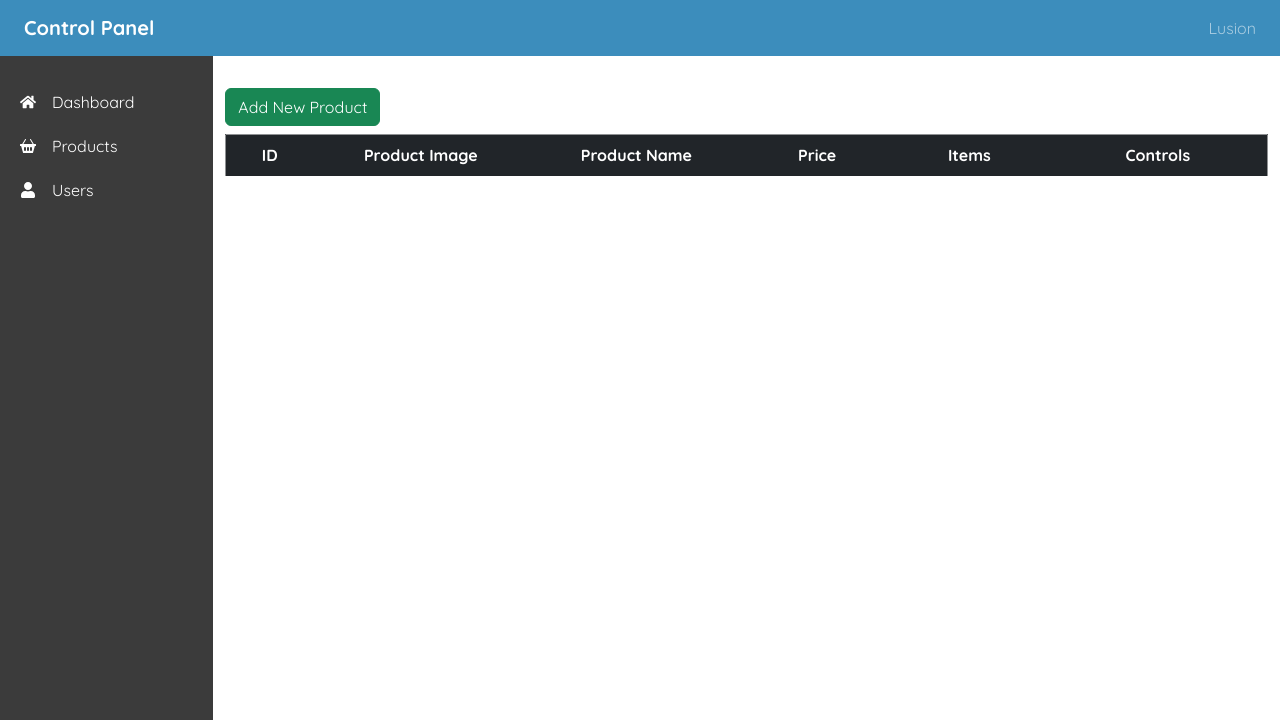
Repository: AWNY-ABOUGHALY/lusion-e-commerce-react
Page: /admin/products
The author's editor kept a copy of each file at every save. The page is drawn from the files as they stood at one save, then again after the next save.
The browser window is 1280 px wide. The pictures show the whole page.
Pictures or frames that could not be fetched are drawn as grey boxes. The page's requests for data from a server got no answer. The project was rebuilt for these pictures with package versions that can differ from the ones it lists, and the page was loaded fresh each time. Some packages were replaced by stand-ins written for this rebuild. No one was signed in, and anything a server would have sent is missing. Requests to the local data server were answered from the project's data file. Also part of the build but not shown: src/Components/ClientSide/Homeslider.js, src/Components/ClientSide/Homecategory.js, src/Components/ClientSide/Shopnowbtn.js, src/Components/ClientSide/Homeshop.js, src/Components/ClientSide/Homerestfirst.js, src/Components/ClientSide/Homerestlast.js, src/Styles/Home.css, src/Components/ClientSide/ClientNavbar.js and 22 more.

Above is the page before, as saved 2023-02-28 15:37:27.

After the next save:
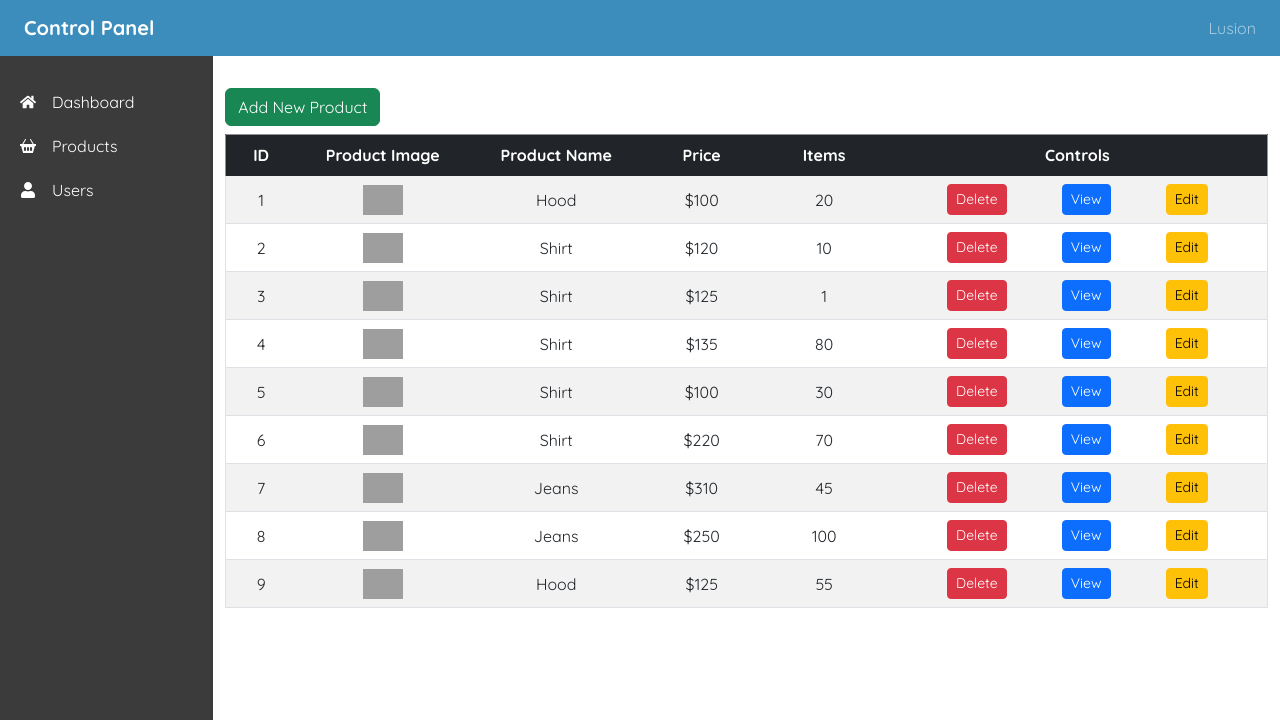
Saved 73 s later.
--- a/src/App.js
+++ b/src/App.js
@@ -23,7 +23,7 @@
 function App() {
   const [cart, setCart] = useState([]);
   const [activeUser, setActiveUser] =  useState({});
-  const [base_URL] = useState("https://my-json-server.typicode.com/AWNY-ABOUGHALY/json")
+  const [base_URL] = useState("http://localhost:9000/")
 
   useEffect(()=>{
     // For Refresh Status

After the 2 saves that followed:
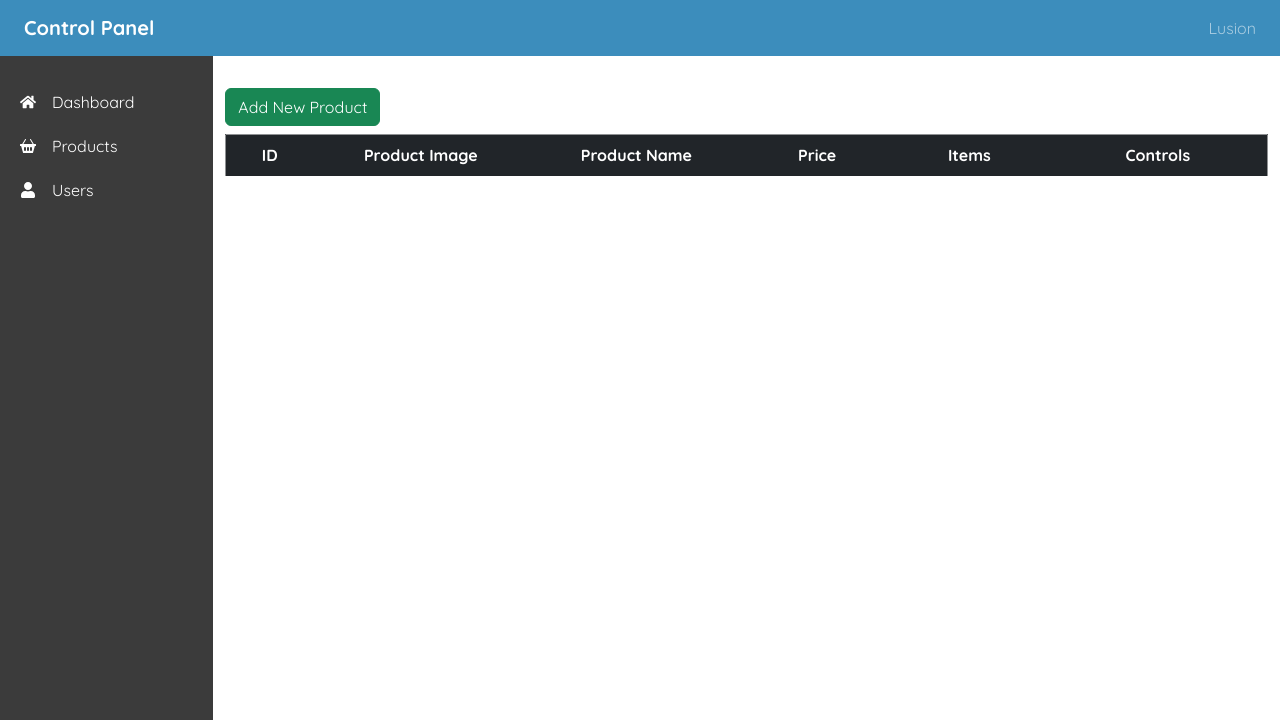
The 2 saves are shown as one change because 1 left the picture as it was.
The last was saved 98 s later.
--- a/src/App.js
+++ b/src/App.js
@@ -23,7 +23,9 @@
 function App() {
   const [cart, setCart] = useState([]);
   const [activeUser, setActiveUser] =  useState({});
-  const [base_URL] = useState("http://localhost:9000/")
+  const [base_URL] = useState("https://my-json-server.typicode.com/AWNY-ABOUGHALY/json")
+  // https://my-json-server.typicode.com/AWNY-ABOUGHALY/json
+  // http://localhost:9000
 
   useEffect(()=>{
     // For Refresh Status
